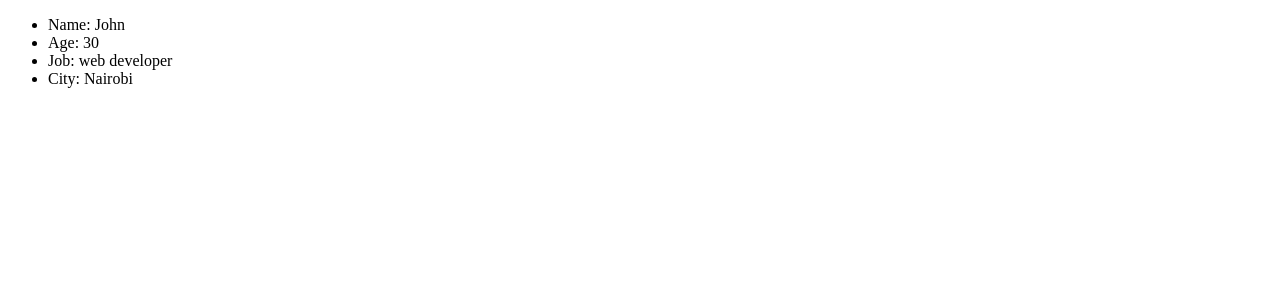
Repository: brianokanga/modern-javascript
Page: project/index.html
An editor plug-in stored every save of this project. The page is shown before and after the next save, followed by the edit.
The browser window is 1280 px wide. The pictures show the whole page.

Above is the page before, as saved 2020-03-29 00:41:55.

### project/index.html
<!DOCTYPE html>
<html lang="en">
<head>
    <meta charset="UTF-8">
    <meta name="viewport" content="width=device-width, initial-scale=1.0">
    <title>JavaScript section 2</title>
</head>
<body>
    <h1>JavaScript Sandbox section 2</h1>


    <!-- <script src="app.js"></script> -->
    <script src="app2.js"></script>

</body>
</html>

### project/app2.js
//TEMPLATE LITERALS
const name = 'John';
const age = 30;
const job = 'web developer';
const city = 'Nairobi';
let html;

//WITHOUT TEMPLATE LITERALS
html = '<ul>' +
        '<li>Name: ' + name + '</li>' +
        '<li>age: ' + age + '</li>' +
        '<li>job: ' + job + '</li>' +
        '<li>city: ' + city + '</li>'+
        '</ul';


//WITH TEMPLATE LITERAL/STRINGS(es6)


html = `
    <ul>
        <li>Name: ${name}</li>
        <li>Age: ${age}</li>
        <li>Job: ${job}</li>
        <li>City: ${city}</li>
    </ul>`;

document.body.innerHTML = html;

After the next save:
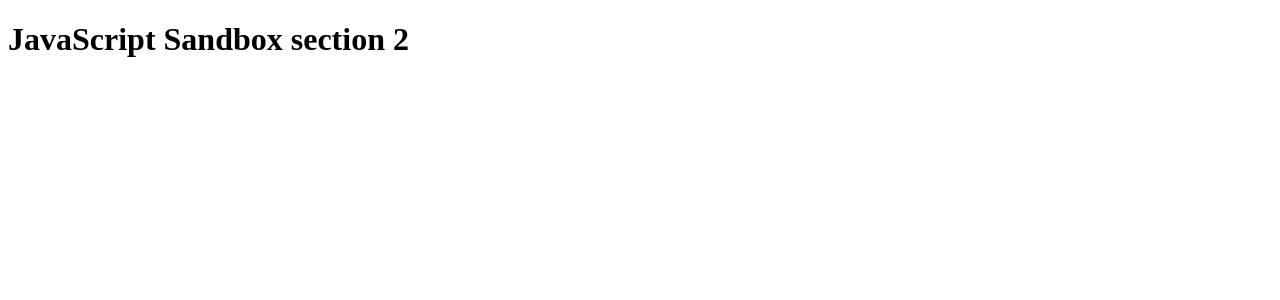
Console error: ReferenceError: he is not defined
Saved 3 min 59 s later.
--- a/project/app2.js
+++ b/project/app2.js
@@ -13,8 +13,11 @@
         '<li>city: ' + city + '</li>'+
         '</ul';
 
+function hello(){
+    return 'hello';
+}
 
-//WITH TEMPLATE LITERAL/STRINGS(es6)
+//WITH TEMPLATE LITERAL/STRINGS (es6)
 
 
 html = `
@@ -23,6 +26,9 @@
         <li>Age: ${age}</li>
         <li>Job: ${job}</li>
         <li>City: ${city}</li>
+        <li>${2 +2}</li>
+        <li>${he}</li>
+        <li></li>
     </ul>`;
 
 document.body.innerHTML = html;

After the 2 saves that followed:
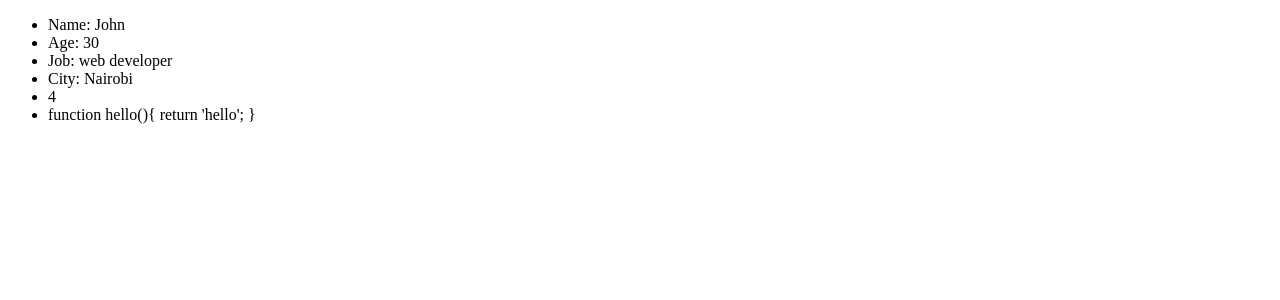
The error is gone.
The 2 saves are shown as one change because 1 left the picture as it was.
The last was saved 43 s later.
--- a/project/app2.js
+++ b/project/app2.js
@@ -27,8 +27,7 @@
         <li>Job: ${job}</li>
         <li>City: ${city}</li>
         <li>${2 +2}</li>
-        <li>${he}</li>
-        <li></li>
+        <li>${hello}</li>
     </ul>`;
 
 document.body.innerHTML = html;
